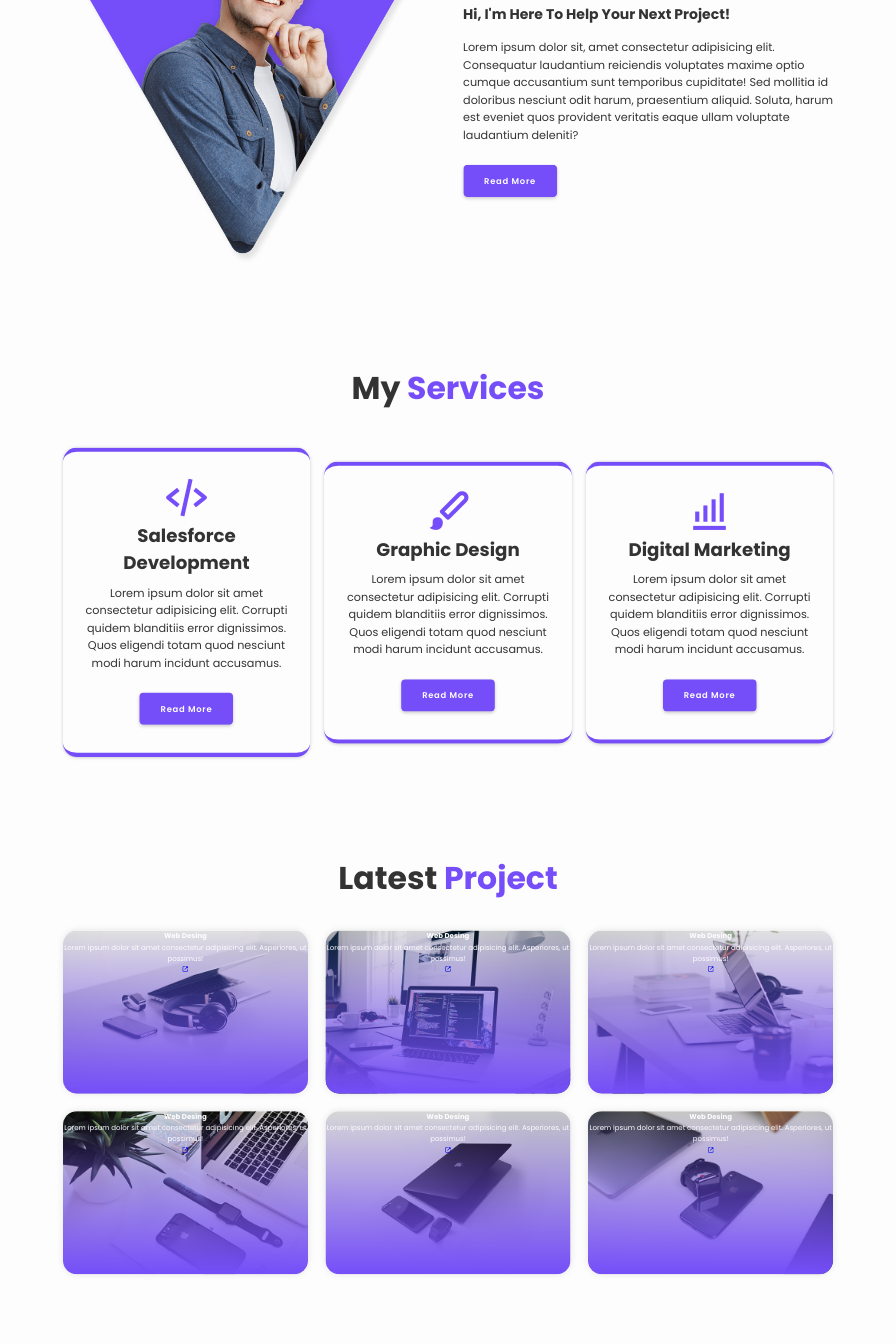
Repository: Gabi-Augusto/Portfolio
Page: index.html
The author's editor kept a copy of each file at every save. The page is drawn from the files as they stood at one save, then again after the next save.
The browser window is 1280 px wide. The pictures show the part of the page from y = 989 to 2909 px (the page is 2909 px tall), at 70% of full size.

Above is the page before, as saved 2023-11-29 19:15:20.

### index.html
<!DOCTYPE html>
<html lang="en">

<head>
    <meta charset="UTF-8">
    <meta http-equiv="X-UA-Compatible" content="IE=edge">
    <meta name="viewport" content="width=device-width, initial-scale=1.0">
    <title>Portfolio Website Design | Gabriela Augusto</title>

    <!-- swiper css -->
    <link rel="stylesheet" href="https://cdn.jsdelivr.net/npm/swiper@9/swiper-bundle.min.css" />

    <!-- box icons -->
    <link href='https://unpkg.com/boxicons@2.1.4/css/boxicons.min.css' rel='stylesheet'>

    <!-- custom css -->
    <link rel="stylesheet" href="css/style.css">
</head>

<body>

    <!-- header design -->
    <header class="header">
        <a href="#" class="logo">Portfolio.</a>

        <nav class="navbar">
            <a href="#home" class="active">Home</a>
            <a href="#about">About</a>
            <a href="#services">Services</a>
            <a href="#portfolio">Portfolio</a>
            <a href="#contact">Contact</a>
        </nav>

        <div class="bx bx-moon" id="darkMode-icon"></div>
    </header>

    <!-- home section design -->
    <section class="home" id="home">
        <div class="home-content">
            <h3>Hello, I am</h3>
            <h1>Gabriela Augusto</h1>
            <p>Lorem ipsum, dolor sit amet consectetur adipisicing elit. Veritatis sequi amet numquam sunt eius quae deleniti dolore voluptatum.</p>

            <div class="social-media">
                <a href="#"><i class='bx bxl-instagram-alt'></i></a>
                <a href="#"><i class='bx bxl-linkedin' ></i></a>
                <a href="#"><i class='bx bxl-github' ></i></a>
            </div>

            <a href="#" class="btn">Download CV</a>
        </div>

        <div class="profession-container">
            <div class="profession-box">
                <div class="profession" style="--i:0;">
                    <i class='bx bx-cloud'></i>
                    <h3>Salesforce Developer</h3>
                </div>
                <div class="profession" style="--i:1;">
                    <i class='bx bx-bulb'></i>
                    <h3>Business Analyst</h3>
                </div>
                <div class="profession" style="--i:2;">
                    <i class='bx bx-palette'></i>
                    <h3>Web Designer</h3>
                </div>
                <div class="profession" style="--i:3;">
                    <i class='bx bx-code-alt' ></i>
                    <h3>FullStack Developer</h3>
                </div>
                <div class="circle"></div>
            </div>
            <div class="overlay"></div>
        </div>
        <div class="home-img">
            <img src="imagens/home.png" alt="">
        </div>
    </section>

    <!-- about section design -->

    <section class="about" id="about">
        <div class="about-img">
            <img src="imagens/about.png" alt="">
        </div>

        <div class="about-content">
            <h2 class="heading">About <span>Me</span></h2>
            <h3>Hi, I'm Here To Help Your Next Project!</h3>
            <p>Lorem ipsum dolor sit, amet consectetur adipisicing elit. Consequatur laudantium reiciendis voluptates maxime optio cumque accusantium sunt temporibus cupiditate! Sed mollitia id doloribus nesciunt odit harum, praesentium aliquid. Soluta, harum est eveniet quos provident veritatis eaque ullam voluptate laudantium deleniti?</p>
            <a href="#" class="btn">Read More</a>
        </div>
    </section>

    <!-- services section design -->

    <section class="services" id="services">
        <h2 class="heading">My <span>Services</span></h2>

        <div class="services-container">
            <div class="services-box">
                <i class='bx bx-code-alt' ></i>
                <h3>Salesforce Development</h3>
                <p>Lorem ipsum dolor sit amet consectetur adipisicing elit. Corrupti quidem blanditiis error dignissimos. Quos eligendi totam quod nesciunt modi harum incidunt accusamus.</p>
                <a href="#" class="btn">Read More</a>
            </div>
            <div class="services-box">
                <i class='bx bxs-paint'></i>
                <h3>Graphic Design</h3>
                <p>Lorem ipsum dolor sit amet consectetur adipisicing elit. Corrupti quidem blanditiis error dignissimos. Quos eligendi totam quod nesciunt modi harum incidunt accusamus.</p>
                <a href="#" class="btn">Read More</a>
            </div>
            <div class="services-box">
                <i class='bx bx-bar-chart-alt'></i>
                <h3>Digital Marketing</h3>
                <p>Lorem ipsum dolor sit amet consectetur adipisicing elit. Corrupti quidem blanditiis error dignissimos. Quos eligendi totam quod nesciunt modi harum incidunt accusamus.</p>
                <a href="#" class="btn">Read More</a>
            </div>
        </div>
    </section>

    <!-- portfolio section design -->

    <section class="portfolio" id="portfolio">
        <h2 class="heading">Latest <span>Project</span></h2>

        <div class="portfolio-container">
            <div class="portfolio-box">
                <img src="imagens/portfolio1.jpg" alt="">

                <div class="portfolio-layer">
                    <h4>Web Desing</h4>
                    <p>Lorem ipsum dolor sit amet consectetur adipisicing elit. Asperiores, ut possimus!</p>
                    <a href="#"><i class='bx bx-link-external' ></i></a>
                </div>
            </div>

            <div class="portfolio-box">
                <img src="imagens/portfolio2.jpg" alt="">

                <div class="portfolio-layer">
                    <h4>Web Desing</h4>
                    <p>Lorem ipsum dolor sit amet consectetur adipisicing elit. Asperiores, ut possimus!</p>
                    <a href="#"><i class='bx bx-link-external' ></i></a>
                </div>
            </div>

            <div class="portfolio-box">
                <img src="imagens/portfolio3.jpg" alt="">

                <div class="portfolio-layer">
                    <h4>Web Desing</h4>
                    <p>Lorem ipsum dolor sit amet consectetur adipisicing elit. Asperiores, ut possimus!</p>
                    <a href="#"><i class='bx bx-link-external' ></i></a>
                </div>
            </div>

            <div class="portfolio-box">
                <img src="imagens/portfolio4.jpg" alt="">

                <div class="portfolio-layer">
                    <h4>Web Desing</h4>
                    <p>Lorem ipsum dolor sit amet consectetur adipisicing elit. Asperiores, ut possimus!</p>
                    <a href="#"><i class='bx bx-link-external' ></i></a>
                </div>
            </div>

            <div class="portfolio-box">
                <img src="imagens/portfolio5.jpg" alt="">

                <div class="portfolio-layer">
                    <h4>Web Desing</h4>
                    <p>Lorem ipsum dolor sit amet consectetur adipisicing elit. Asperiores, ut possimus!</p>
                    <a href="#"><i class='bx bx-link-external' ></i></a>
                </div>
            </div>

            <div class="portfolio-box">
                <img src="imagens/portfolio6.jpg" alt="">

                <div class="portfolio-layer">
                    <h4>Web Desing</h4>
                    <p>Lorem ipsum dolor sit amet consectetur adipisicing elit. Asperiores, ut possimus!</p>
                    <a href="#"><i class='bx bx-link-external' ></i></a>
                </div>
            </div>

        </div>
    </section>

    <!-- testimonial design -->

    <!-- contact section design -->

    <!-- footer design -->


    <!-- scroll reveal -->
    <script src="https://unpkg.com/scrollreveal"></script>

    <!-- swiper js -->
    <script src="https://cdn.jsdelivr.net/npm/swiper@9/swiper-bundle.min.js"></script>

    <!-- custom js -->
    <script src="js/script.js"></script>
</body>

</html>

### css/style.css
@import url('https://fonts.googleapis.com/css2?family=Poppins:wght@300;400;500;600;700;800;900&display=swap');

* {
    margin: 0;
    padding: 0;
    box-sizing: border-box;
    text-decoration: none;
    border: none;
    outline: none;
    scroll-behavior: smooth;
    font-family: 'Poppins', sans-serif;
}

:root {
    --bg-color: #fdfdfd;
    --text-color: #333;
    --main-color: #754ef9;
    --white-color: #fdfdfd;
    --shadow-color: rgba(0, 0, 0, .2);
}

html {
    font-size: 62.5%;
    overflow-x: hidden;
}

body {
    background: var(--bg-color);
    color: var(--text-color);
}

.header {
    position: fixed;
    top: 0;
    left: 0;
    width: 100%;
    padding: 2rem 7%;
    background: transparent;
    display: flex;
    align-items: center;
    z-index: 100;
    transition: .5s;
}

.header.sticky {
    background: var(--bg-color);
    box-shadow: 0 .1rem 1rem var(--shadow-color);
}

.logo {
    font-size: 2.5rem;
    color: var(--main-color);
    font-weight: 600;
    cursor: default;
    margin-right: auto;
}

.navbar a {
    position: relative;
    font-size: 1.7rem;
    color: var(--white-color);
    font-weight: 500;
    margin-right: 3.5rem;
}

.header.sticky .navbar a {
    color: var(--text-color);
}

.header.sticky .navbar a.active {
    color: var(--main-color);
}

.navbar a.active::before{
    content: '';
    position: absolute;
    left: 0;
    bottom: -6px;
    width: 100%;
    height: .2rem;
    background: var(--white-color);
}

.header.sticky .navbar a::before {
    background: var(--main-color);
    opacity: .7;
}

#darkMode-icon {
    font-size: 2.4rem;
    color: var(--white-color);
    cursor: pointer;
}

.header.sticky #darkMode-icon{
    color: var(--text-color);
    opacity: .9;
}

section {
    min-height: 100vh;
    padding: 7rem 7% 2rem;
}

.home {
    display: flex;
    align-items: center;
}

.home .home-content {
    max-width: 44rem;
}

.home-content h3 {
    font-size: 3.2rem;
    font-weight: 700;
    line-height: .3;
}

.home-content h1 {
    font-size: 4.8rem;
    font-weight: 700;
    margin-bottom: .3rem;
}

.home-content p {
    font-size: 1.6rem;
}

.home-content .social-media a {
    display: inline-flex;
    justify-content: center;
    align-items: center;
    width: 4rem;
    height: 4rem;
    background: transparent;
    border: .2rem solid var(--main-color);
    border-radius: 50%;
    box-shadow: 0 .2rem .5rem  var(--shadow-color);
    font-size: 2rem;
    color: var(--main-color);
    margin: 2.5rem 1.5rem 3rem 0;
    transition: .5s ease;
}

.home-content .social-media a:hover {
    background: var(--main-color);
    color: var(--white-color);
}

.btn {
    display: inline-block;
    padding: 1.2rem 2.8rem;
    background: var(--main-color);
    border-radius: .6rem;
    box-shadow: 0 .2rem .5rem var(--shadow-color);
    font-size: 1.2rem;
    color: var(--white-color);
    letter-spacing: .1rem;
    font-weight: 600;
    border: .2rem solid transparent;
    transition: .5s ease;
}

.btn:hover {
    background: transparent;
    color: var(--main-color);
    border-color: var(--main-color);
}

.home .profession-container {
    position: absolute;
    top: 48%;
    right: 30px;
    transform: translateY(-50%);
    width: 680px;
    height: 680px;
    overflow: hidden;
    pointer-events: none;
}

.home .profession-container .profession-box {
    position: absolute;
    top: 0;
    right: 0;
    width: 680px;
    height: 680px;
    border-radius: 50%;
    display: flex;
    justify-content: center;
    align-items: center;
}

.home .profession-box .profession {
    position: absolute;
    left: 0;
    display: flex;
    align-items: center;
    flex-direction: column;
    color: var(--main-color);
    transform: rotate(calc(360deg / 4 * var(--i)));
    transform-origin: 340px;
    background: var(--bg-color);
    padding: 13px 0;
}

.home .profession-box .profession:nth-child(1) i {
    margin-right: 15px;
}

.home .profession-box .profession:nth-child(2),
.home .profession-box .profession:nth-child(4) {
    padding-bottom: 20px;
}

.home .profession i {
    font-size: 3.8rem;
}

.home .profession h3 {
    font-size: 2.4rem;
    line-height: 1;
    font-weight: 600;
}

.home .profession-box .circle {
    width: 520px;
    height: 520px;
    border: 3px solid var(--main-color);
    border-radius: 50%;
}

.home .profession-container .overlay {
    position: absolute;
    top: 0;
    right: 0;
    width: 0;
    height: 0;
    border-top: 340px solid var(--main-color);
    border-right: 340px solid var(--main-color);
    border-bottom: 340px solid var(--main-color);
    border-left: 340px solid transparent;
}

.home-img img {
    position: absolute;
    bottom: 0;
    top: 83px;
    right: 70px;
    width: 29%;
    pointer-events: none;
}

span {
    color: var(--main-color);
}

.about {
    display: flex;
    justify-content: center;
    align-items: center;
    gap: 6rem;
}

.about-img img {
    width: 40vw;
}

.heading {
    font-size: 4.5rem;
    text-align: center;
}

.about-content h2 {
    text-align: left;
    line-height: 1.2;
}

.about-content h3 {
    font-size: 2rem;
}

.about-content p {
    font-size: 1.6rem;
    margin: 2rem 0 3rem;
}

.services {
    min-height: auto;
    padding-bottom: 7rem;
}

.services h2 {
    margin-bottom: 5rem;
}

.services .services-container {
    display: flex;
    justify-content: center;
    align-items: center;
    flex-wrap: wrap;
    gap: 2rem;
}

.services-container .services-box {
    flex: 1 1 30rem;
    background: var(--bg-color);
    padding: 3rem 2rem 4rem;
    border-radius: 2rem;
    box-shadow: 0 .1rem .5rem var(--shadow-color);
    text-align: center;
    border-top: .6rem solid var(--main-color);
    border-bottom: .6rem solid var(--main-color);
    transition: .5s ease;
}

.services-container .services-box:hover {
    box-shadow: 0 .1rem 2rem var(--shadow-color);
    transform: scale(1.02);
}

.services-box i {
    font-size: 7rem;
    color: var(--main-color);
}

.services-box h3 {
    font-size: 2.6rem;
    transition: .5s ease;
}

.services-box:hover h3 {
    color: var(--main-color);
}

.services-box p {
    font-size: 1.6rem;
    margin: 1rem 0 3rem;
}

.portfolio {
    padding-bottom: 10rem;
}

.portfolio h2 {
    margin-bottom: 4rem;
}

.portfolio .portfolio-container {
    display: grid;
    grid-template-columns: repeat(3, 1fr);
    align-items: center;
    gap: 2.5rem;
}

.portfolio-container .portfolio-box{
    position: relative;
    display: flex;
    border-radius: 2rem;
    box-shadow: 0 0 1rem rgba(0, 0, 0, .1);
    overflow: hidden;
}

.portfolio-box img {
    width: 100%;
}

.portfolio-box .portfolio-layer {
    position: absolute;
    bottom: 0;
    left: 0;
    width: 100%;
    height: 100%;
    background: linear-gradient(rgba(0, 0, 0, .1), var(--main-color));
    color: var(--white-color);
    display: flex;
    align-items: center;
    flex-direction: column;
    text-align: center;
}

### js/script.js
/*========== menu icon navbar ==========*/
let menuIcon = document.querySelector('#menu-icon');
let navbar = document.querySelector('.navbar');


/*========== scroll sections active link ==========*/
let sections = document.querySelectorAll('section');
let navLinks = document.querySelectorAll('header nav a');

window.onscroll = () => {
    /*========== sticky navbar ==========*/
    let header = document.querySelector('.header');

    header.classList.toggle('sticky', window.scrollY > 100);
    /*========== remove menu icon navbar when click navbar link (scroll) ==========*/
};


/*========== swiper ==========*/


/*========== dark light mode ==========*/


/*========== scroll reveal ==========*/

After the next save:
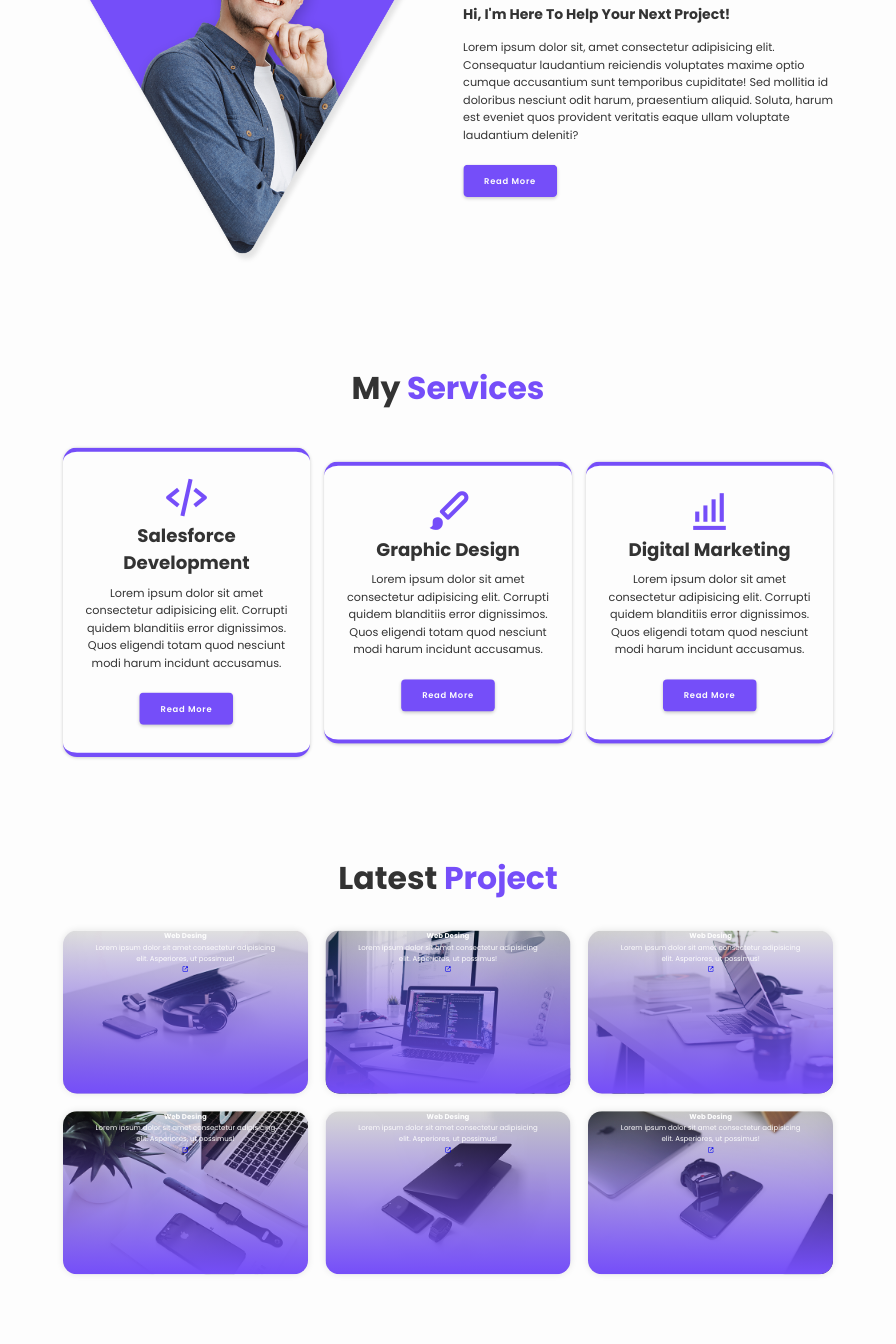
Saved 19 s later.
--- a/css/style.css
+++ b/css/style.css
@@ -377,4 +377,5 @@ span {
     align-items: center;
     flex-direction: column;
     text-align: center;
-}
+    padding: 0 4rem;
+}
